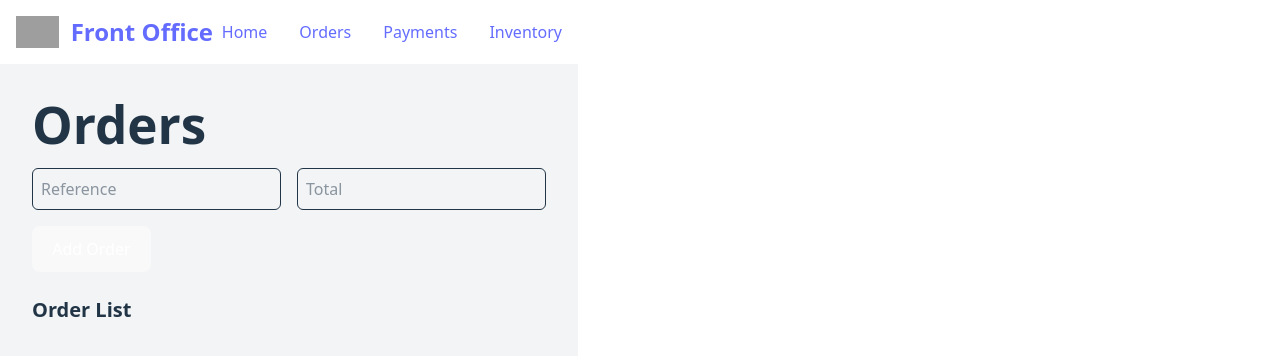
Repository: ib-entreprise/projet-micro-service
Page: /orders (app in front-office/)
An editor plug-in stored every save of this project. The page is shown before and after the next save, followed by the edit.
The browser window is 1280 px wide. The pictures show the whole page.
Pictures or frames that could not be fetched are drawn as grey boxes. The page's requests for data from a server got no answer. The project was rebuilt for these pictures with package versions that can differ from the ones it lists, and the page was loaded fresh each time. No one was signed in, and anything a server would have sent is missing. Also part of the build but not shown: front-office/vite.config.ts.

Above is the page before, as saved 2025-03-19 12:20:08.

### front-office/index.html
<!doctype html>
<html lang="en">
  <head>
    <meta charset="UTF-8" />
    <link rel="icon" type="image/svg+xml" href="/vite.svg" />
    <meta name="viewport" content="width=device-width, initial-scale=1.0" />
    <title>Vite + React + TS</title>
    <script src="https://cdn.jsdelivr.net/npm/@tailwindcss/browser@4"></script>

  </head>
  <body>
    <div id="root"></div>
    <script type="module" src="/src/main.tsx"></script>
  </body>
</html>

### front-office/src/App.tsx
import React from 'react';
import { BrowserRouter as Router, Routes, Route } from 'react-router-dom';
import Navbar from './components/Navbar';
import Orders from './components/Orders';

// Pages simples pour les autres routes
const Home = () => <h2>Home Page</h2>;
const Payments = () => <h2>Payments Page</h2>;
const Inventory = () => <h2>Inventory Page</h2>;

function App() {
  return (
    <Router>
      <div className="bg-gray-100 min-h-screen">
        {/* Navbar */}
        <Navbar />

        {/* Contenu principal */}
        <main className="container mx-auto p-4">
          <Routes>
            <Route path="/" element={<Home />} />
            <Route path="/orders" element={<Orders />} />
            <Route path="/payments" element={<Payments />} />
            <Route path="/inventory" element={<Inventory />} />
          </Routes>
        </main>
      </div>
    </Router>
  );
}

export default App;

### front-office/src/components/Navbar.tsx
export default function Nav() {
  return (
    <nav className="bg-white border-gray-200 dark:bg-gray-900">
  <div className="max-w-screen-xl flex flex-wrap items-center justify-between mx-auto p-4">
    <a href="/" className="flex items-center space-x-3 rtl:space-x-reverse">
      <img src="https://flowbite.com/docs/images/logo.svg" className="h-8" alt="Flowbite Logo" />
      <span className="self-center text-2xl font-semibold whitespace-nowrap dark:text-white">Front Office</span>
    </a>
    <button
      data-collapse-toggle="navbar-default"
      type="button"
      className="inline-flex items-center p-2 w-10 h-10 justify-center text-sm text-gray-500 rounded-lg md:hidden hover:bg-gray-100 focus:outline-none focus:ring-2 focus:ring-gray-200 dark:text-gray-400 dark:hover:bg-gray-700 dark:focus:ring-gray-600"
      aria-controls="navbar-default"
      aria-expanded="false"
    >
      <span className="sr-only">Open main menu</span>
      <svg
        className="w-5 h-5"
        aria-hidden="true"
        xmlns="http://www.w3.org/2000/svg"
        fill="none"
        viewBox="0 0 17 14"
      >
        <path
          stroke="currentColor"
          strokeLinecap="round"
          strokeLinejoin="round"
          strokeWidth="2"
          d="M1 1h15M1 7h15M1 13h15"
        />
      </svg>
    </button>
    <div className="hidden w-full md:block md:w-auto" id="navbar-default">
      <ul className="font-medium flex flex-col p-4 md:p-0 mt-4 border border-gray-100 rounded-lg bg-gray-50 md:flex-row md:space-x-8 rtl:space-x-reverse md:mt-0 md:border-0 md:bg-white dark:bg-gray-800 md:dark:bg-gray-900 dark:border-gray-700">
        <li>
          <a
            href="/"
            className="block py-2 px-3 text-white bg-blue-700 rounded-sm md:bg-transparent md:text-blue-700 md:p-0 dark:text-white md:dark:text-blue-500"
            aria-current="page"
          >
            Home
          </a>
        </li>
        <li>
          <a
            href="/orders"
            className="block py-2 px-3 text-gray-900 rounded-sm hover:bg-gray-100 md:hover:bg-transparent md:border-0 md:hover:text-blue-700 md:p-0 dark:text-white md:dark:hover:text-blue-500 dark:hover:bg-gray-700 dark:hover:text-white md:dark:hover:bg-transparent"
          >
            Orders
          </a>
        </li>
        <li>
          <a
            href="/payments"
            className="block py-2 px-3 text-gray-900 rounded-sm hover:bg-gray-100 md:hover:bg-transparent md:border-0 md:hover:text-blue-700 md:p-0 dark:text-white md:dark:hover:text-blue-500 dark:hover:bg-gray-700 dark:hover:text-white md:dark:hover:bg-transparent"
          >
            Payments
          </a>
        </li>
        <li>
          <a
            href="/inventory"
            className="block py-2 px-3 text-gray-900 rounded-sm hover:bg-gray-100 md:hover:bg-transparent md:border-0 md:hover:text-blue-700 md:p-0 dark:text-white md:dark:hover:text-blue-500 dark:hover:bg-gray-700 dark:hover:text-white md:dark:hover:bg-transparent"
          >
            Inventory
          </a>
        </li>
      </ul>
    </div>
  </div>
</nav>
  );
}

### front-office/src/components/Orders.tsx
import React, { useState, useEffect } from 'react';

const Orders = () => {
  // État pour stocker la liste des commandes
  const [orders, setOrders] = useState([]);
  // État pour le formulaire
  const [newOrder, setNewOrder] = useState({ ref: '', total: '' });

  // Simuler une API pour récupérer et ajouter des commandes
  useEffect(() => {
    // Récupérer les commandes initiales
    const fetchOrders = async () => {
      try {
        const response = await fetch('http://localhost:3000/orders'); // Remplacez par l'URL de votre API
        const data = await response.json();
        setOrders(data);
      } catch (error) {
        console.error('Error fetching orders:', error);
      }
    };
    fetchOrders();
  }, []);

  // Ajouter une nouvelle commande
  const handleAddOrder = async (e) => {
    e.preventDefault();
    try {
      const response = await fetch('http://localhost:3000/orders', {
        method: 'POST',
        headers: { 'Content-Type': 'application/json' },
        body: JSON.stringify(newOrder),
      });
      const data = await response.json();
      setOrders([...orders, data]); // Ajouter la nouvelle commande à la liste
      setNewOrder({ ref: '', total: '' }); // Réinitialiser le formulaire
    } catch (error) {
      console.error('Error adding order:', error);
    }
  };

  return (
    <div className="container mx-auto p-4">
      <h1 className="text-2xl font-bold mb-4">Orders</h1>

      {/* Formulaire pour ajouter une commande */}
      <form onSubmit={handleAddOrder} className="mb-6">
        <div className="grid grid-cols-1 md:grid-cols-2 gap-4">
          <input
            type="text"
            placeholder="Reference"
            value={newOrder.ref}
            onChange={(e) => setNewOrder({ ...newOrder, ref: e.target.value })}
            className="p-2 border rounded-md"
            required
          />
          <input
            type="number"
            placeholder="Total"
            value={newOrder.total}
            onChange={(e) => setNewOrder({ ...newOrder, total: e.target.value })}
            className="p-2 border rounded-md"
            required
          />
        </div>
        <button
          type="submit"
          className="mt-4 px-4 py-2 bg-blue-600 text-white rounded-md hover:bg-blue-700"
        >
          Add Order
        </button>
      </form>

      {/* Liste des commandes */}
      <div>
        <h2 className="text-xl font-semibold mb-2">Order List</h2>
        <ul className="space-y-2">
          {orders.map((order) => (
            <li
              key={order.id}
              className="p-3 bg-gray-100 rounded-md flex justify-between items-center"
            >
              <div>
                <strong>{order.ref}</strong> - ${order.total}
              </div>
              <button
                onClick={() => {
                  // Supprimer une commande (exemple)
                  setOrders(orders.filter((o) => o.id !== order.id));
                }}
                className="px-2 py-1 bg-red-500 text-white rounded-md hover:bg-red-600"
              >
                Delete
              </button>
            </li>
          ))}
        </ul>
      </div>
    </div>
  );
};

export default Orders;

Loaded but not shown: front-office/src/main.tsx (common file); front-office/src/index.css (common file)

After the next save:
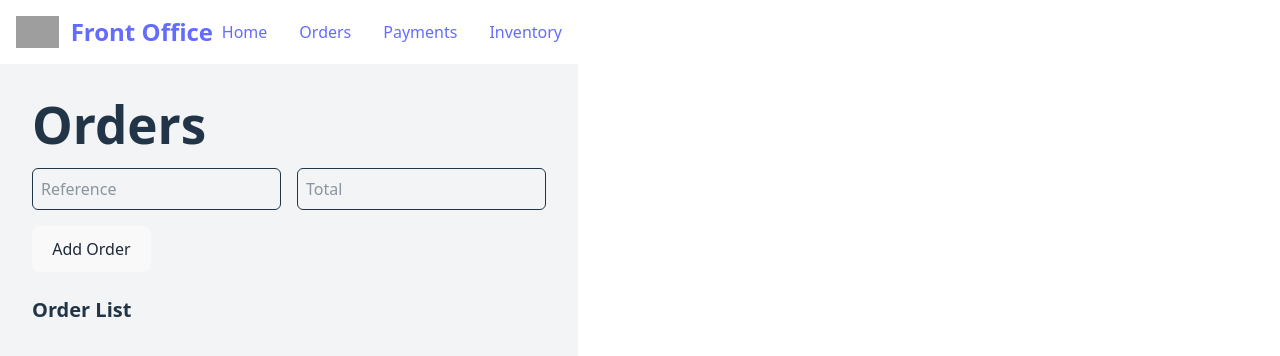
Saved 90 s later.
--- a/front-office/src/components/Orders.tsx
+++ b/front-office/src/components/Orders.tsx
@@ -64,7 +64,7 @@ const Orders = () => {
         </div>
         <button
           type="submit"
-          className="mt-4 px-4 py-2 bg-blue-600 text-white rounded-md hover:bg-blue-700"
+          className="mt-4 px-4 py-2 bg-blue-600 text-gray-800 rounded-md hover:bg-blue-700"
         >
           Add Order
         </button>
